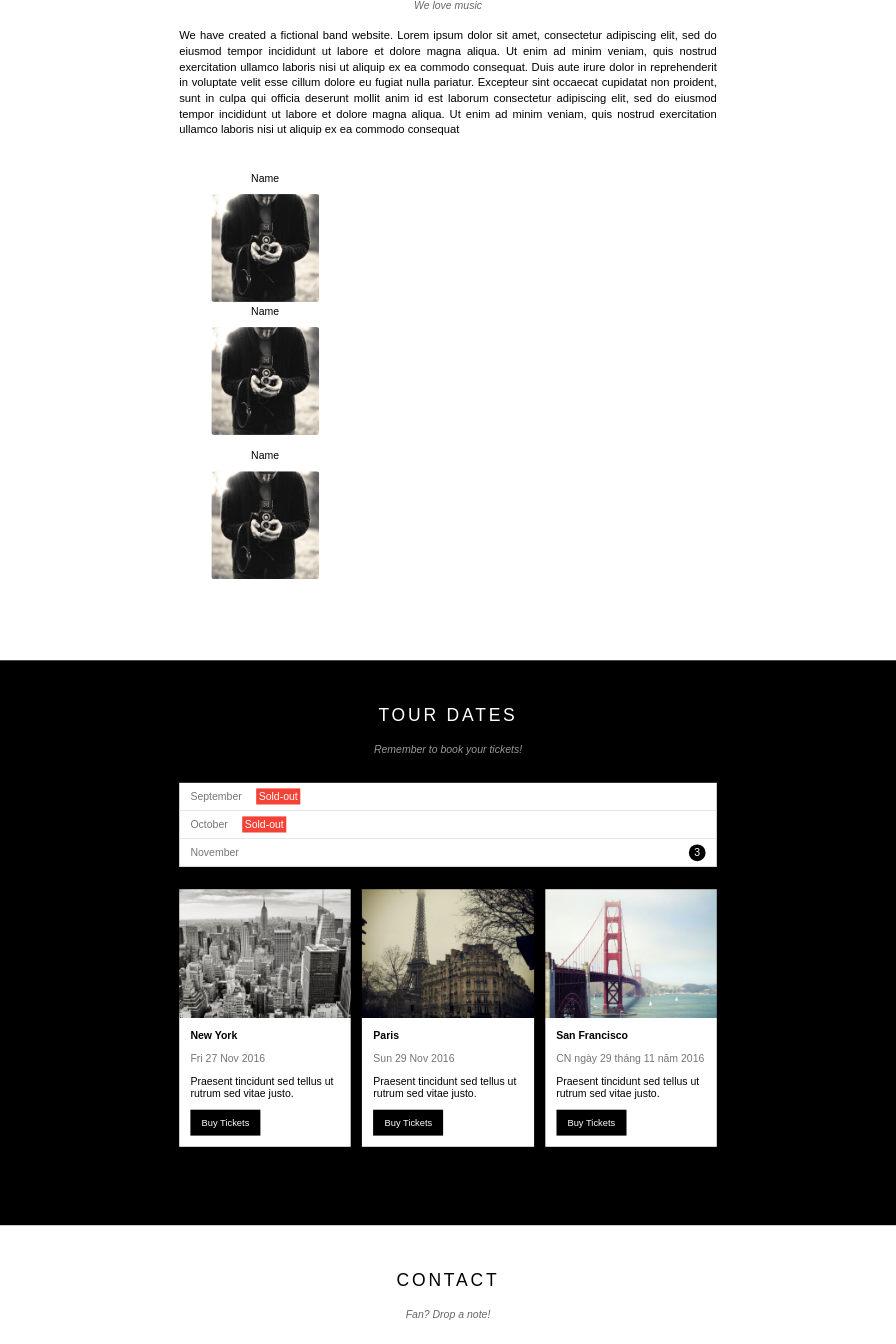
Repository: BillLee2000/w3-band
Page: index.html
The author's editor kept a copy of each file at every save. The page is drawn from the files as they stood at one save, then again after the next save.
The browser window is 1280 px wide. The pictures show the part of the page from y = 805 to 2725 px (the page is 3899 px tall before and 3503 px after), at 70% of full size.

Above is the page before, as saved 2021-12-16 06:25:11.

After the next save:
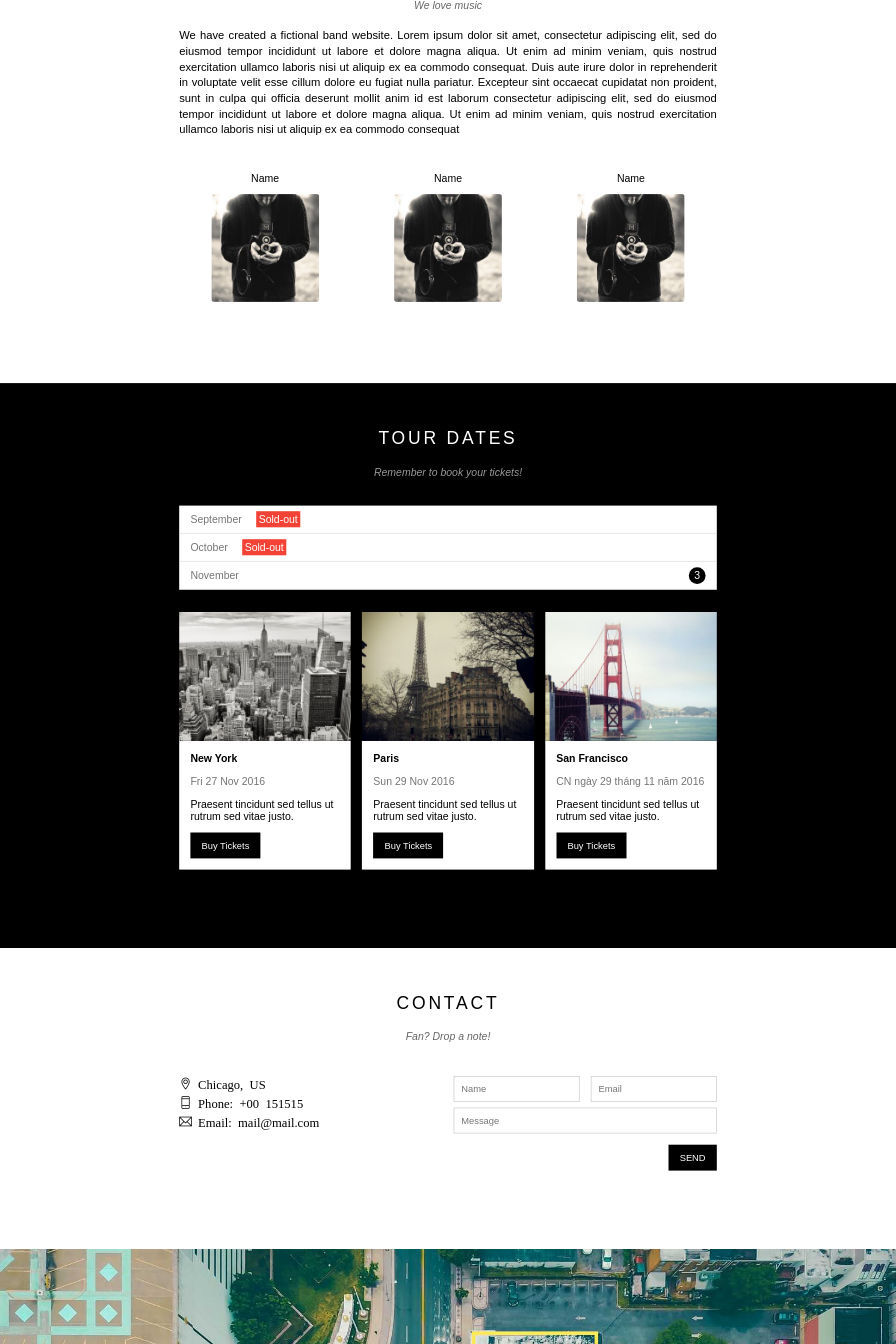
Saved 89 s later.
--- a/index.html
+++ b/index.html
@@ -75,7 +75,7 @@
                         </p>
                         <img src="./assets/img/band/member1.jpg" alt="Name" class="member-img">
                     </div>
-                    <div class="mcol col-third s-col-full mt-16 text-center">
+                    <div class="col col-third s-col-full mt-16 text-center">
                         <p class="member-name">
                             Name
                         </p>
